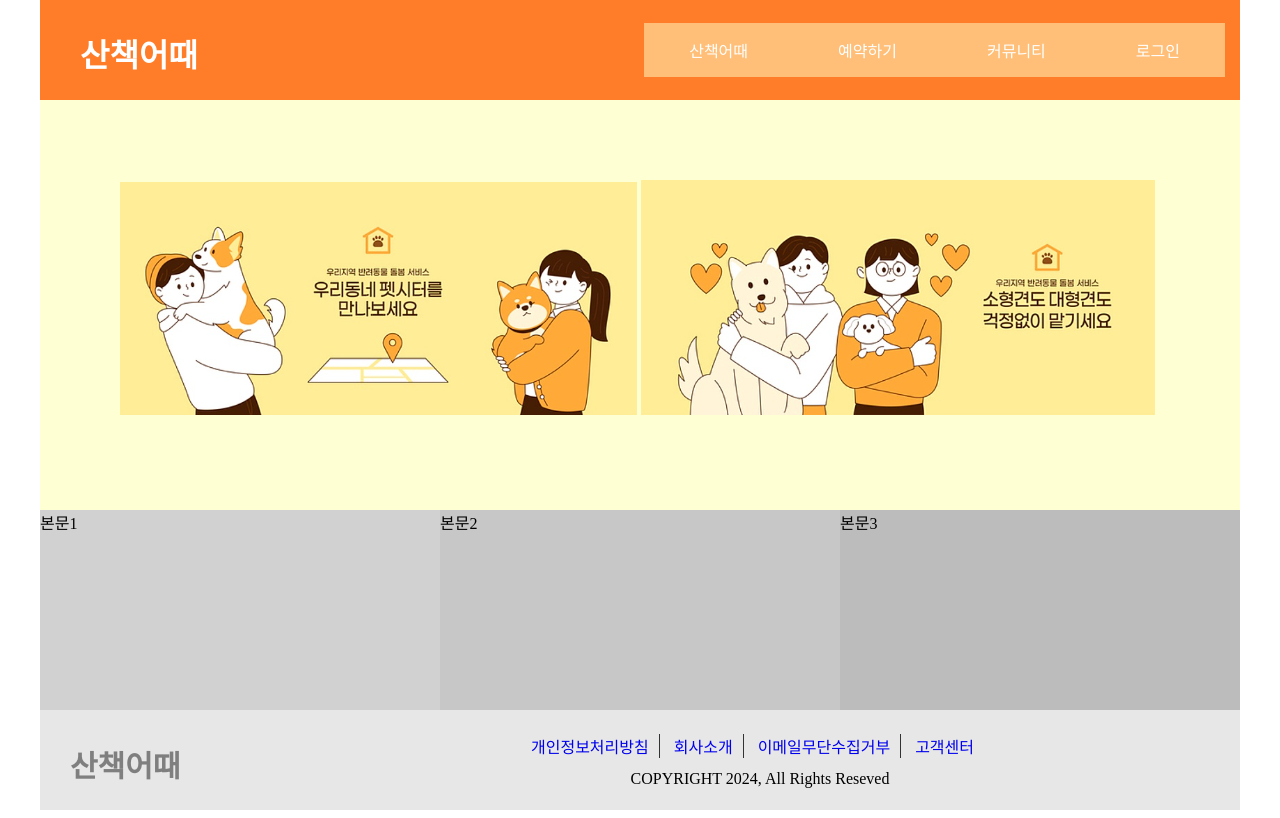
Repository: to-flatwhite1/portfolio
Page: http://localhost/JSP/
The author's editor kept a copy of each file at every save. The page is drawn from the files as they stood at one save, then again after the next save.
The browser window is 1280 px wide. The pictures show the whole page.
The page is served by Tomcat 9.

Above is the page before, as saved 2024-07-04 04:27:55.

After the next save:
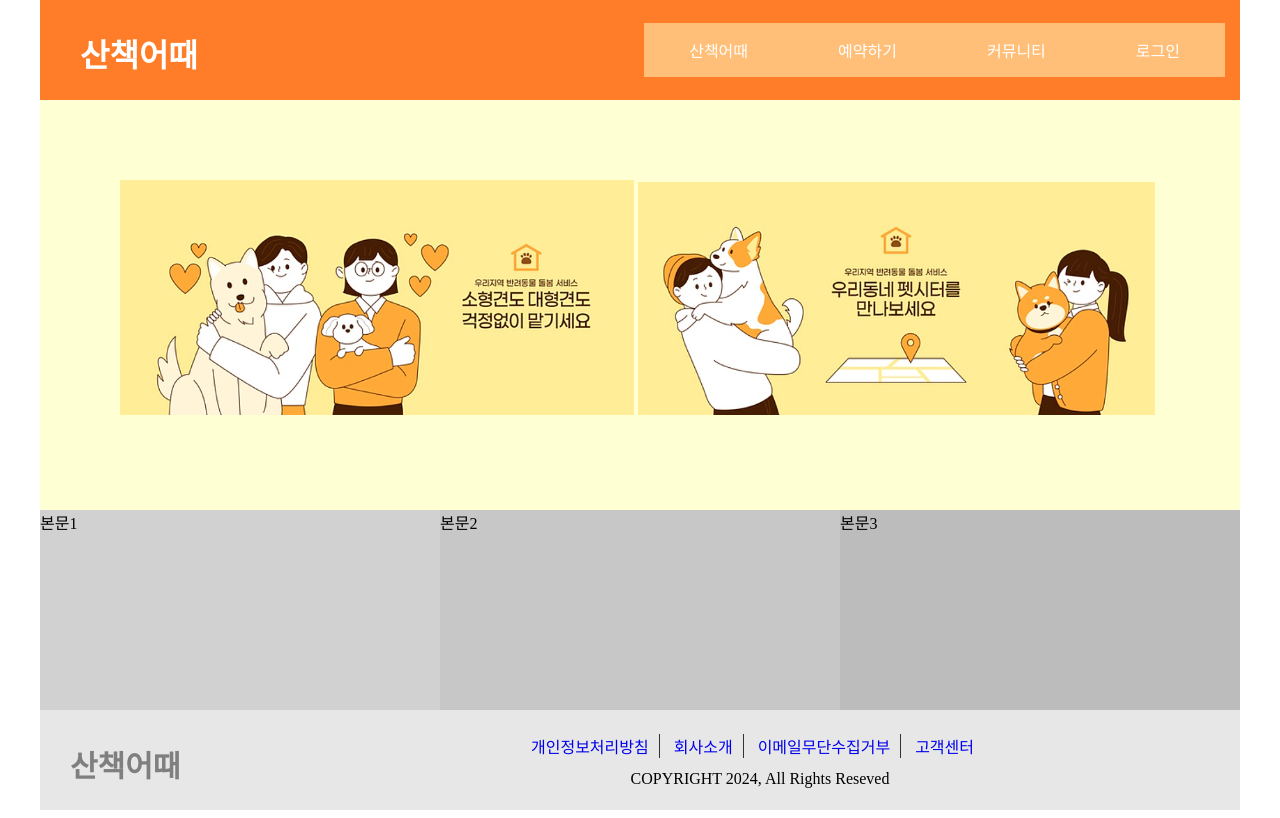
Saved 28 s later.
--- a/JSP/src/main/webapp/script.js
+++ b/JSP/src/main/webapp/script.js
@@ -15,5 +15,6 @@ $(function(){
 			   $(".slide_list").css({top:0});
 		   });
 	   }
+	   setInterval(slide,3000);
 
     });
